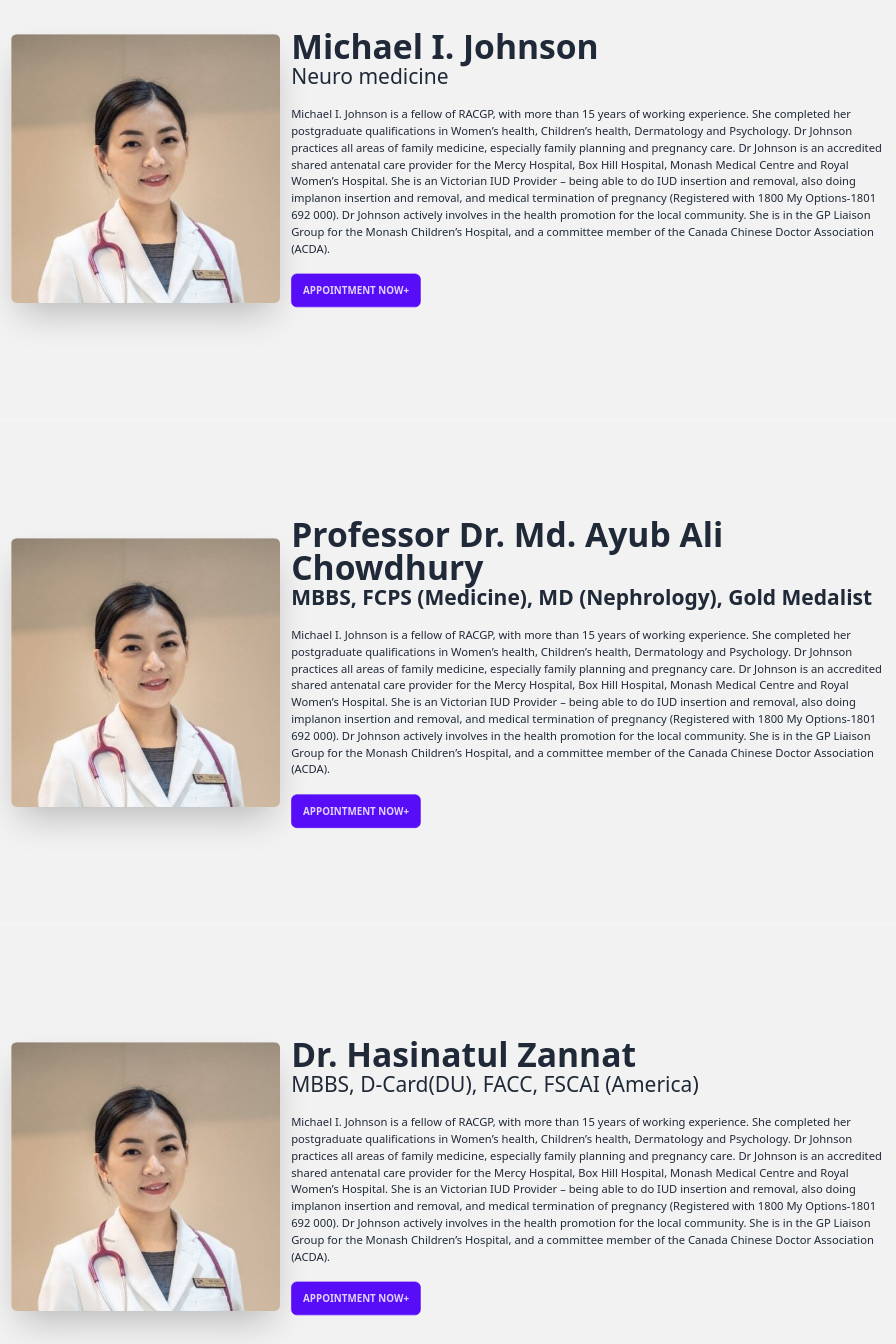
Repository: salmaakter11/Medical-Health
Page: /
The author's editor kept a copy of each file at every save. The page is drawn from the files as they stood at one save, then again after the next save.
The browser window is 1280 px wide. The pictures show the part of the page from y = 1047 to 2967 px (the page is 3088 px tall), at 70% of full size.
The project was rebuilt for these pictures with package versions that can differ from the ones it lists, and the page was loaded fresh each time. Also part of the build but not shown: vite.config.js.

Above is the page before, as saved 2023-07-10 21:49:00.

After the next save:
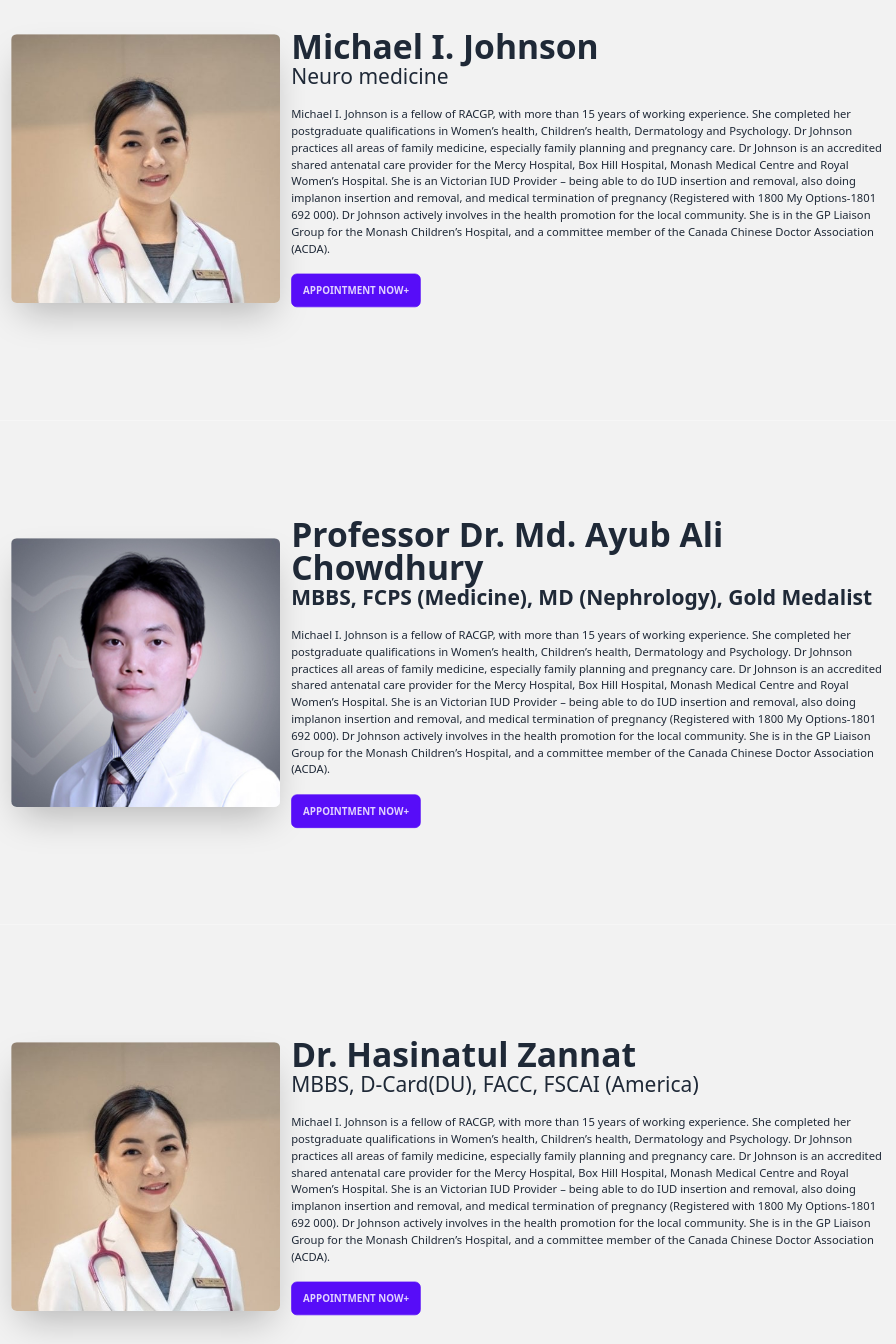
Saved 87 s later.
--- a/src/component/Doctor's/Doctor.jsx
+++ b/src/component/Doctor's/Doctor.jsx
@@ -1,4 +1,5 @@
 import doc1 from "../../img/doc1.jpg"
+import doc2 from "../../img/doc2.jpg"
 import React from 'react';
 
 const Doctor = () => {
@@ -24,7 +25,7 @@
 {/* Doctor2 */}
 <div className="hero min-h-screen bg-base-200">
   <div className="hero-content flex-col lg:flex-row">
-    <img src={doc1} className="max-w-sm rounded-lg shadow-2xl" />
+    <img src={doc2} className="max-w-sm rounded-lg shadow-2xl" />
     <div>
       <h1 className="text-5xl font-bold">Professor Dr. Md. Ayub Ali Chowdhury</h1>
       <h4 className="text-3xl font-bold">MBBS, FCPS (Medicine), MD (Nephrology), Gold Medalist</h4>
